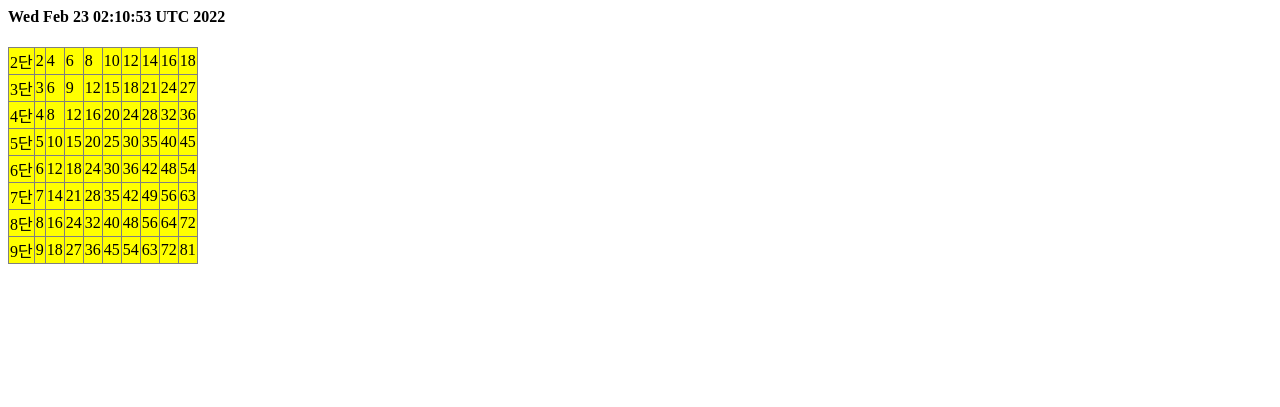
Repository: JavaJin96/kr.or.ddit.WebApp
Page: http://localhost/webStudy01/model2/gugudan.do
These files come from the project's save history. The page is drawn as it stood at one moment and after the next save; the edit follows.
The browser window is 1280 px wide. The pictures show the whole page.
The page is served by Tomcat 9.

Above is the page before, as saved 2022-02-28 03:09:22.

After the next save:
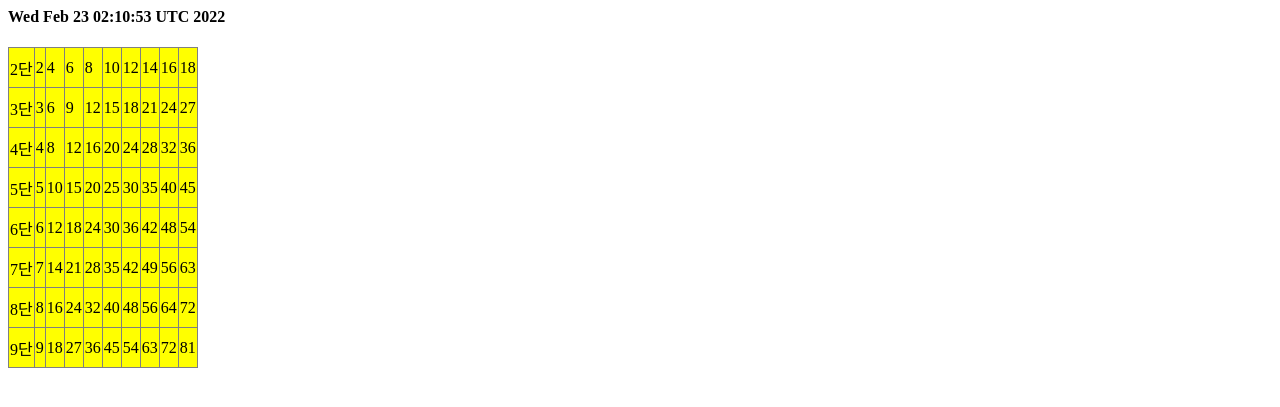
Saved 11 s later.
--- a/6.JspSpring/workspace/webStudy01/webapp/WEB-INF/views/gugudan.jsp
+++ b/6.JspSpring/workspace/webStudy01/webapp/WEB-INF/views/gugudan.jsp
@@ -4,6 +4,9 @@
       table{
          background-color: yellow;
          border-collapse: collapse;
+      }
+      tr{
+      	height : 40px;
       }
    </style>
 <body>
